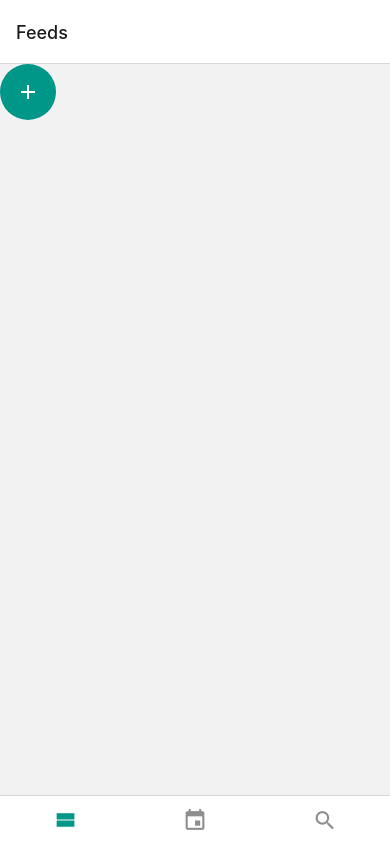
Repository: H-Rn-Study/haebzzang
Screen: / (app in DayLog/)
An editor plug-in stored every save of this project. The screen is shown before and after the next save, followed by the edit.
The app was drawn by React Native's web renderer in a window 390 px wide. The project was rebuilt for these pictures with package versions that can differ from the ones it lists, and the page was loaded fresh each time. Also part of the build but not shown: DayLog/screens/CalendarScreen.js, DayLog/screens/SearchScreen.js, DayLog/screens/WriteScreen.js.

Above is the screen before, as saved 2022-11-16 16:05:06.

After the next save:
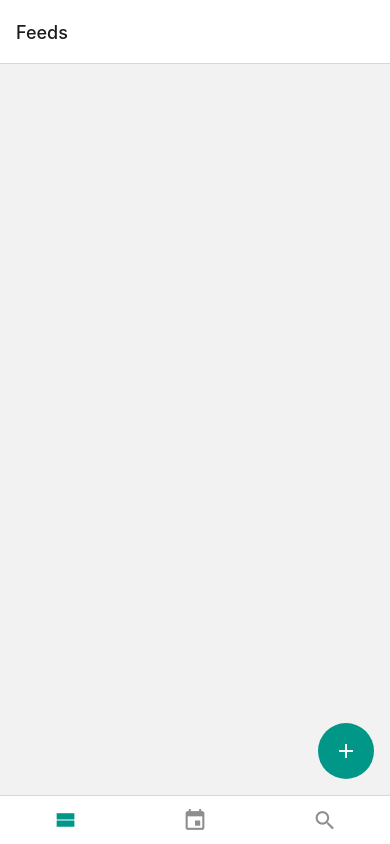
Saved 4 min 38 s later.
--- a/DayLog/components/FloatingWriteButton.js
+++ b/DayLog/components/FloatingWriteButton.js
@@ -4,7 +4,7 @@ import Icon from 'react-native-vector-icons/MaterialIcons';
 
 function FloatingWriteButton() {
     return (
-        <View style = {StyleSheet.wrapper}>
+        <View style = {styles.wrapper}>
             <Pressable
             style = {({pressed}) => [
                 styles.button,
